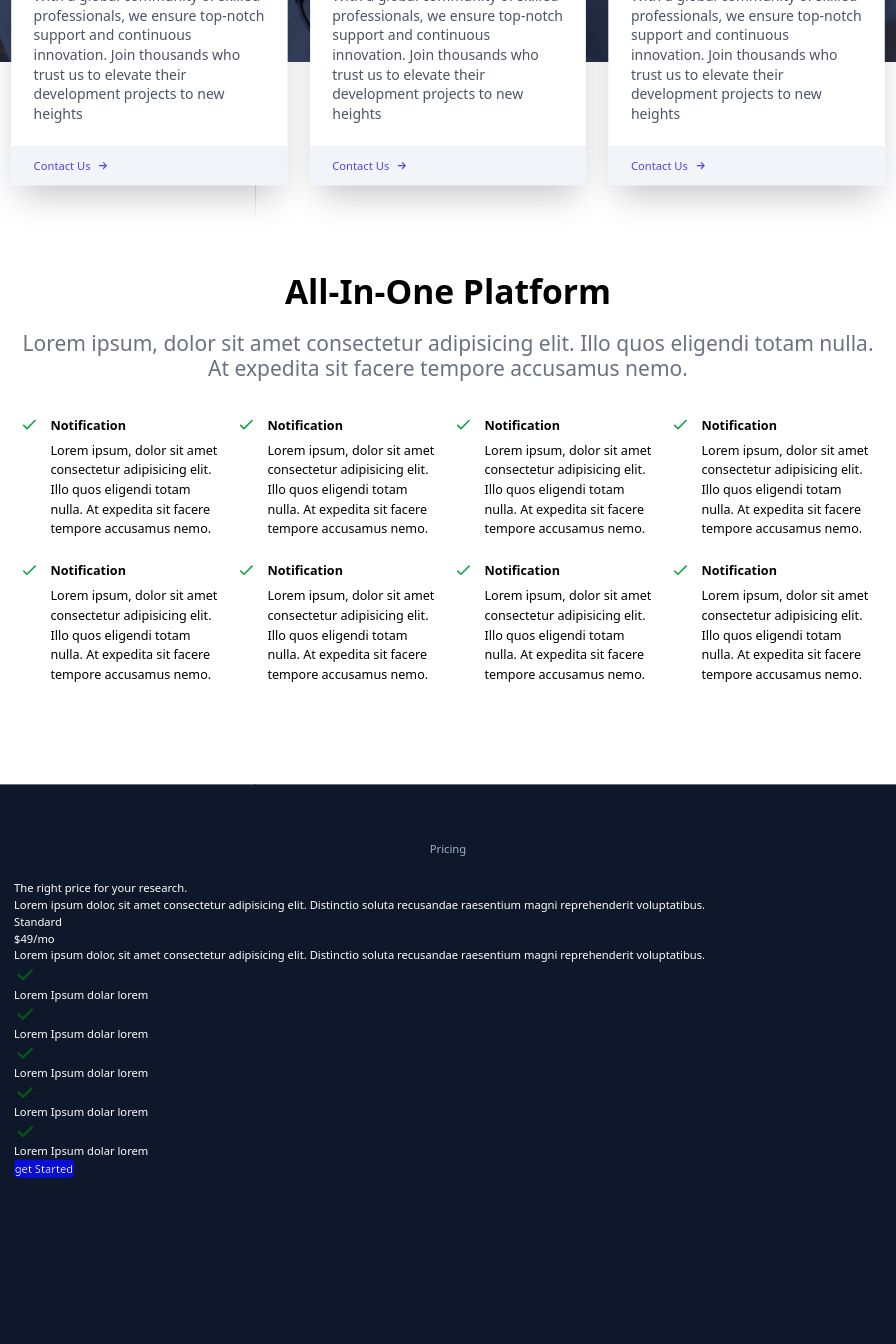
Repository: adrcstro/react-project-2
Page: /
An editor plug-in stored every save of this project. The page is shown before and after a run of saves, followed by the edit.
The browser window is 1280 px wide. The pictures show the part of the page from y = 1882 to 3802 px (the page is 3802 px tall), at 70% of full size.
The project was rebuilt for these pictures with package versions that can differ from the ones it lists, and the page was loaded fresh each time.

Above is the page before, as saved 2024-08-16 07:48:14.

### src/index.js
import React from 'react';
import ReactDOM from 'react-dom/client';
import './index.css';
import App from './App';

const root = ReactDOM.createRoot(document.getElementById('root'));
root.render(

    <App />

);

### src/index.css
@tailwind base;
@tailwind components;
@tailwind utilities;

@layer base{
    li{
       @apply p-4
    }
    button{
        @apply text-white border bg-indigo-600 border-indigo-600
        hover:bg-transparent hover:text-indigo-600 rounded-md
    }
}

### src/App.js
import About from "./components/About";
import AllinOne from "./components/AllinOne";
import Hero from "./components/Hero";
import Navbar from "./components/Navbar";
import Pricing from "./components/Pricing";
import Support from "./components/Support";



function App() {
  return (
    <>
<Navbar/>
<Hero/>
<About />
<Support />
<AllinOne/>
<Pricing />
    </>

  );
}

export default App;

### src/components/About.jsx
import React from 'react'

function About() {
  return (
    <div className='w-full my-32'>
        <div className='max-w-[1240px] mx-auto'>
          <div className='text-center'>
            <h2 className='text-5xl font-bold'>Trusted by developers across the world</h2>
            <p className='text-3xl py6 text-gray-500 px-3'>Trusted by developers across the world, our platform stands as a reliable choice for building robust
             applications. With a global community of skilled professionals.</p>
          </div>

          <div className='grid md:grid-cols-3 gap-3 px-2 text-center mt-4'>
             <div className='border py-8 rounded-xl shadow-xl'>
              <p className='text-6xl font-bold text-indigo-600'>100%</p>
              <p className='text-gray-400 mt-2'>Completion</p>
             </div>
             <div className='border py-8 rounded-xl shadow-xl'>
              <p className='text-6xl font-bold text-indigo-600'>24/7</p>
              <p className='text-gray-400 mt-2'>Delivery</p>
             </div>
             <div className='border py-8 rounded-xl shadow-xl'>
              <p className='text-6xl font-bold text-indigo-600'>100K</p>
              <p  className='text-gray-400 mt-2'>Transaction</p>
             </div>
          </div>
        </div>
    </div>
  )
}

export default About

### src/components/AllinOne.jsx
import React from 'react'
import { CheckIcon } from '@heroicons/react/outline'
function AllinOne() {
  return (
    <div className='w-full my-32'>
        <div className='max-w-[1240px] mx-auto px-2'>
            <h2 className='text-5xl font-bold text-center'>All-In-One Platform</h2>
            <p className='text-3xl py-8 text-gray-500 text-center'>Lorem ipsum, dolor sit amet consectetur adipisicing elit. Illo quos eligendi
            totam nulla. At expedita sit facere tempore accusamus nemo.</p>
        <div className='grid sm:grid-cols-2 lg:grid-cols-4 gap-4 pt-4'>

            <div>
                <div className='flex'>
                <div>
                <CheckIcon className='w-7 mr-4 text-green-600'/>
                </div>
                    <div className=''>
                        <h3 className='font-bold text-lg'>Notification</h3>
                        <p className='text-lg pt-2 pb-4'>Lorem ipsum, dolor sit amet consectetur adipisicing elit. Illo quos eligendi
                        totam nulla. At expedita sit facere tempore accusamus nemo.</p>
                    </div>
                </div>
            </div>
            <div>
                <div className='flex'>
                <div>
                <CheckIcon className='w-7 mr-4 text-green-600'/>
                </div>
                    <div className=''>
                        <h3 className='font-bold text-lg'>Notification</h3>
                        <p className='text-lg pt-2 pb-4'>Lorem ipsum, dolor sit amet consectetur adipisicing elit. Illo quos eligendi
                        totam nulla. At expedita sit facere tempore accusamus nemo.</p>
                    </div>
                </div>
            </div>
            <div>
                <div className='flex'>
                <div>
                <CheckIcon className='w-7 mr-4 text-green-600'/>
                </div>
                    <div className=''>
                        <h3 className='font-bold text-lg'>Notification</h3>
                        <p className='text-lg pt-2 pb-4'>Lorem ipsum, dolor sit amet consectetur adipisicing elit. Illo quos eligendi
                        totam nulla. At expedita sit facere tempore accusamus nemo.</p>
                    </div>
                </div>
            </div>
            <div>
                <div className='flex'>
                <div>
                <CheckIcon className='w-7 mr-4 text-green-600'/>
                </div>
                    <div className=''>
                        <h3 className='font-bold text-lg'>Notification</h3>
                        <p className='text-lg pt-2 pb-4'>Lorem ipsum, dolor sit amet consectetur adipisicing elit. Illo quos eligendi
                        totam nulla. At expedita sit facere tempore accusamus nemo.</p>
                    </div>
                </div>
            </div>
            <div>
                <div className='flex'>
                <div>
                <CheckIcon className='w-7 mr-4 text-green-600'/>
                </div>
                    <div className=''>
                        <h3 className='font-bold text-lg'>Notification</h3>
                        <p className='text-lg pt-2 pb-4'>Lorem ipsum, dolor sit amet consectetur adipisicing elit. Illo quos eligendi
                        totam nulla. At expedita sit facere tempore accusamus nemo.</p>
                    </div>
                </div>
            </div>
            <div>
                <div className='flex'>
                <div>
                <CheckIcon className='w-7 mr-4 text-green-600'/>
                </div>
                    <div className=''>
                        <h3 className='font-bold text-lg'>Notification</h3>
                        <p className='text-lg pt-2 pb-4'>Lorem ipsum, dolor sit amet consectetur adipisicing elit. Illo quos eligendi
                        totam nulla. At expedita sit facere tempore accusamus nemo.</p>
                    </div>
                </div>
            </div>
            <div>
                <div className='flex'>
                <div>
                <CheckIcon className='w-7 mr-4 text-green-600'/>
                </div>
                    <div className=''>
                        <h3 className='font-bold text-lg'>Notification</h3>
                        <p className='text-lg pt-2 pb-4'>Lorem ipsum, dolor sit amet consectetur adipisicing elit. Illo quos eligendi
                        totam nulla. At expedita sit facere tempore accusamus nemo.</p>
                    </div>
                </div>
            </div>
            <div>
                <div className='flex'>
                <div>
                <CheckIcon className='w-7 mr-4 text-green-600'/>
                </div>
                    <div className=''>
                        <h3 className='font-bold text-lg'>Notification</h3>
                        <p className='text-lg pt-2 pb-4'>Lorem ipsum, dolor sit amet consectetur adipisicing elit. Illo quos eligendi
                        totam nulla. At expedita sit facere tempore accusamus nemo.</p>
                    </div>
                </div>
            </div>

        </div>
        </div>
    </div>
  )
}

export default AllinOne

### src/components/Hero.jsx
import React from 'react'
import {
  CloudUploadIcon,
  DatabaseIcon,
  PaperAirplaneIcon,
  ServerIcon,
} from '@heroicons/react/solid'

import bgImg from '../assets/cyber-bg.png'

function Hero() {
  return (
    <div className='w-full h-screen bg-zinc-200 flex flex-col justify-between'>
<div className='grid md:grid-cols-2 max-w-[1240px] m-auto'>
       <div className='flex flex-col justify-center md:items-start w-full px-2 py-8'>
        <p className='text-2xl'>Unique Sequencing & Production</p>
        <h1 className='py-3 text-5xl md:text-7xl font-bold'>Cloud Management</h1>
        <p className='text-2xl'>This is our Tech brand</p>
        <button className='py-3 px-6 sm:w-[60%] my-4 '>Get Started</button>
       </div>
       <div>
    <img className='w-full' src={bgImg} alt='/' />
       </div>
<div className='absolute flex flex-col py-8 md:min-w-[760px] bottom-[5%] mx-1 md:left-1/2
transform md:-translate-x-1/2 bg-zinc-200 border border-slate-300 rounded-xl text-center shadow-xl'>
  <p>Data Services</p>
  <div className='flex justify-between flex-wrap px-4'>
    <p className='flex px-4 py-2 text-slate-500'><CloudUploadIcon className='h-6 text-indigo-600' /> App Security</p>
    <p className='flex px-4 py-2 text-slate-500'><DatabaseIcon className='h-6 text-indigo-600' /> Dashboard</p>
    <p className='flex px-4 py-2 text-slate-500'><PaperAirplaneIcon className='h-6 text-indigo-600' /> Cloud Data</p>
    <p className='flex px-4 py-2 text-slate-500'><ServerIcon className='h-6 text-indigo-600' /> API</p>
  </div>
</div>
</div>
    </div>
  )
}

export default Hero

### src/components/Navbar.jsx
import React ,{useState} from 'react'
import {MenuIcon, XIcon} from '@heroicons/react/outline'

function Navbar() {

const [nav, setNav] = useState(false)
const handleClick = () => setNav(!nav)



  return (
    <div className='w-screen h-[80px] z-10 bg-zinc-200 fixed drop-shadow-lg'>
    <div className='px-2 flex justify-between items-center  w-full h-full'>
<div className='flex items-center'>
  <h1 className='text-3xl font-bold mr-4 sm:text-4xl'>BRANS.</h1>
  <ul className='hidden  md:flex'>
<li>Home</li>
<li>About</li>
<li>Support</li>
<li>Platforms</li>
<li>Pricing</li>
  </ul>
</div>
<div className='hidden md:flex pr-4'>
  <button className='border-none bg-transparent text-black mr-4'>Sign In</button>
  <button className='px-8 py-3'>Sign Up</button>
</div>

    <div  className='md:hidden mr-4' onClick={handleClick}>
    {!nav ? <MenuIcon className="w-5"/> : <XIcon className='w-5'/>}

    </div>
    </div>
<ul className={!nav ? 'hidden' : 'absolute bg-zinc-200 w-full px-8'}>
<li className='border-b-2 border-zinc-300 w-full'>Home</li>
<li className='border-b-2 border-zinc-300 w-full'>About</li>
<li className='border-b-2 border-zinc-300 w-full'>Support</li>
<li className='border-b-2 border-zinc-300 w-full'>Platforms</li>
<li className='border-b-2 border-zinc-300 w-full'>Pricing</li>
<div className='flex flex-col my-4'>
<button className='bg-transparent  text-indigo-600 px-8 py-3 mb-4'>Sign In</button>
<button className='px-8 py-3'>Sign Up</button>
</div>
</ul>

    </div>

  )
}

export default Navbar

### src/components/Pricing.jsx
import React from 'react'
import { CheckIcon } from '@heroicons/react/solid'
function Pricing() {
  return (
    <div className='w-full text-white my-24'>
        <div className='w-full h-[800px] bg-slate-900 absolute mix-blend-overlay'></div>
        <div className='max-w-[1240px] mx-auto py-12'>
        <div>
            <h2  className='text-center py-8 text-slate-300'>Pricing</h2>
            <h3>The right price for your
            research.</h3>
            <p>Lorem ipsum dolor, sit amet consectetur
             adipisicing elit. Distinctio soluta recusandae
             raesentium magni reprehenderit voluptatibus.</p>
        </div>
       <div>
        <div>
            <span>Standard</span>
            <div>
                <p>$49<span>/mo</span></p>
            </div>
            <p>Lorem ipsum dolor, sit amet consectetur
             adipisicing elit. Distinctio soluta recusandae
             raesentium magni reprehenderit voluptatibus.</p>
             <div>
                <p><CheckIcon className='w-8 mr-5 text-green-600'/> Lorem Ipsum dolar lorem</p>
                <p><CheckIcon className='w-8 mr-5 text-green-600'/> Lorem Ipsum dolar lorem</p>
                <p><CheckIcon className='w-8 mr-5 text-green-600'/> Lorem Ipsum dolar lorem</p>
                <p><CheckIcon className='w-8 mr-5 text-green-600'/> Lorem Ipsum dolar lorem</p>
                <p><CheckIcon className='w-8 mr-5 text-green-600'/> Lorem Ipsum dolar lorem</p>
                <button>get Started</button>
             </div>
        </div>
       </div>



        </div>
    </div>
  )
}

export default Pricing

### src/components/Support.jsx
import React from 'react'
import {PhoneIcon, ArrowSmRightIcon} from '@heroicons/react/outline';
import {ChipIcon, SupportIcon} from '@heroicons/react/solid'

import supportImg from '../assets/support.jpg'
function Support() {
  return (
    <div className='w-full  mt-24'>
        <div className='w-full h-[700px] bg-gray-900/90 absolute'>
            <img className='w-full h-full object-cover mix-blend-overlay' src={supportImg} alt='/' />
        </div>
        <div className='w-max-w-[1240px] mx-auto text-white relative'>
            <div className='px-4 py-12'>
                <h2 className='text-3xl pt-8 text-slate-300 uppercase text-center'>Support</h2>
                <h3 className='text-5xl font-bold py-6 text-center'>Finding the right team</h3>
                <p className='py-4 text-3xl text-center text-slate-300 '>With a global community of skilled professionals, we ensure top-notch support and continuous innovation. Join thousands
                 who trust us to elevate their development projects to new heights</p>
            </div>


            <div className='grid grid-cols-1 lg:grid-cols-3 relative gap-x-8 gap-y-16 px-4 pt-12 sm:pt-20 text-black'>
            <div className='bg-white rounded-xl shadow-2xl'>
                 <div className='p-8'>
                    <PhoneIcon className='w-16 p-4 bg-indigo-600 text-white rounded-lg mt-[-4rem]'/>
                    <h3 className='font-bold text-2xl my-6'>Sales</h3>
                    <p className='text-gray-600 text-xl '>With a global community of skilled professionals, we ensure top-notch support and continuous innovation. Join thousands who trust us to elevate their development projects to new heights</p>
                 </div>
                 <div className='bg-slate-100 pl-8 py-4'>
                    <p className='flex items-center text-indigo-600'>Contact Us <ArrowSmRightIcon className='w-5 ml-2'/> </p>
                 </div>
            </div>
            <div className='bg-white rounded-xl shadow-2xl'>
                 <div className='p-8'>
                    <SupportIcon className='w-16 p-4 bg-indigo-600 text-white rounded-lg mt-[-4rem]'/>
                    <h3 className='font-bold text-2xl my-6'>Technical Support</h3>
                    <p className='text-gray-600 text-xl '>With a global community of skilled professionals, we ensure top-notch support and continuous innovation. Join thousands who trust us to elevate their development projects to new heights</p>
                 </div>
                 <div className='bg-slate-100 pl-8 py-4'>
                    <p className='flex items-center text-indigo-600'>Contact Us <ArrowSmRightIcon className='w-5 ml-2'/> </p>
                 </div>
            </div>
            <div className='bg-white rounded-xl shadow-2xl'>
                 <div className='p-8'>
                    <ChipIcon className='w-16 p-4 bg-indigo-600 text-white rounded-lg mt-[-4rem]'/>
                    <h3 className='font-bold text-2xl my-6'>Media Inquiries</h3>
                    <p className='text-gray-600 text-xl '>With a global community of skilled professionals, we ensure top-notch support and continuous innovation. Join thousands who trust us to elevate their development projects to new heights</p>
                 </div>
                 <div className='bg-slate-100 pl-8 py-4'>
                    <p className='flex items-center text-indigo-600'>Contact Us <ArrowSmRightIcon className='w-5 ml-2'/> </p>
                 </div>
            </div>
        </div>
    </div>
    </div>
  )
}

export default Support

Loaded but not shown: public/index.html (common file); tailwind.config.js (common file)

After the next 2 saves:
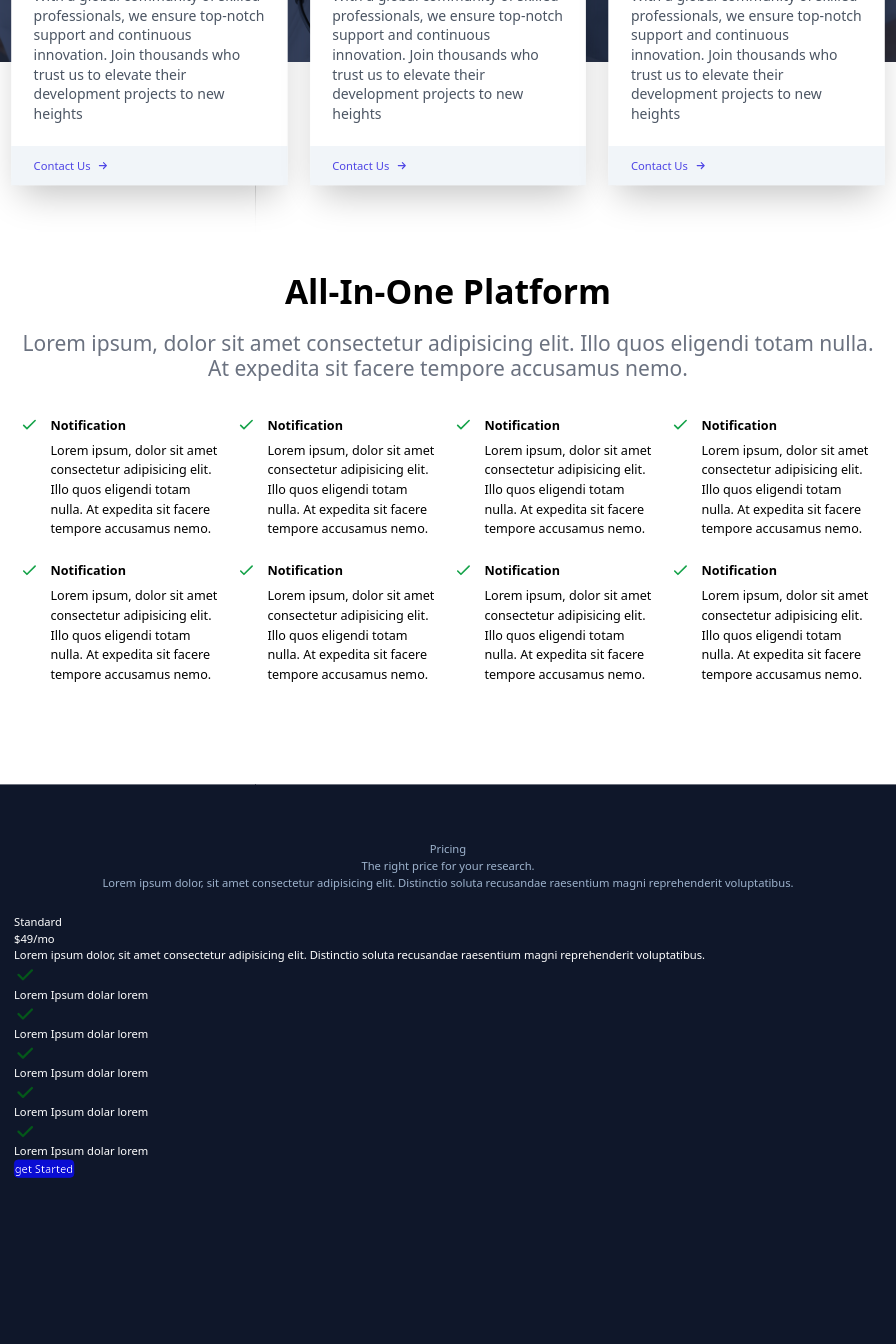
The 2 saves are shown as one change because 1 did not build or start.
The last was saved 37 s later.
--- a/src/components/Pricing.jsx
+++ b/src/components/Pricing.jsx
@@ -5,8 +5,8 @@ function Pricing() {
     <div className='w-full text-white my-24'>
         <div className='w-full h-[800px] bg-slate-900 absolute mix-blend-overlay'></div>
         <div className='max-w-[1240px] mx-auto py-12'>
-        <div>
-            <h2  className='text-center py-8 text-slate-300'>Pricing</h2>
+        <div className='text-center py-8 text-slate-300'>
+            <h2  >Pricing</h2>
             <h3>The right price for your
             research.</h3>
             <p>Lorem ipsum dolor, sit amet consectetur
